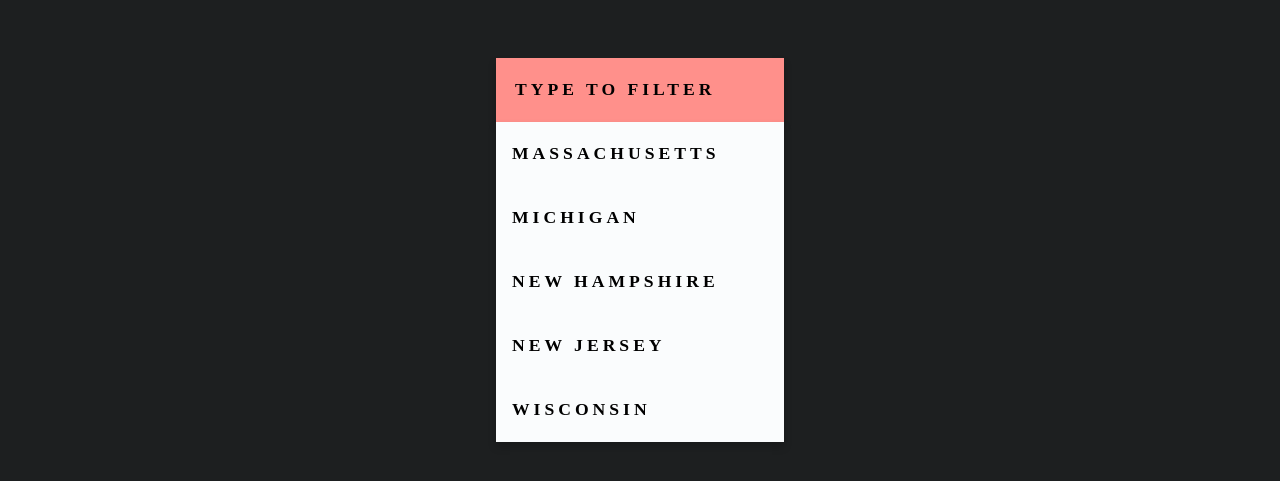
Repository: spihex/stage2-custom-dropdown
Page: index.html
An editor plug-in stored every save of this project. The page is shown before and after the next save, followed by the edit.
The browser window is 1280 px wide. The pictures show the whole page.

Above is the page before, as saved 2021-02-07 23:49:08.

After the next save:
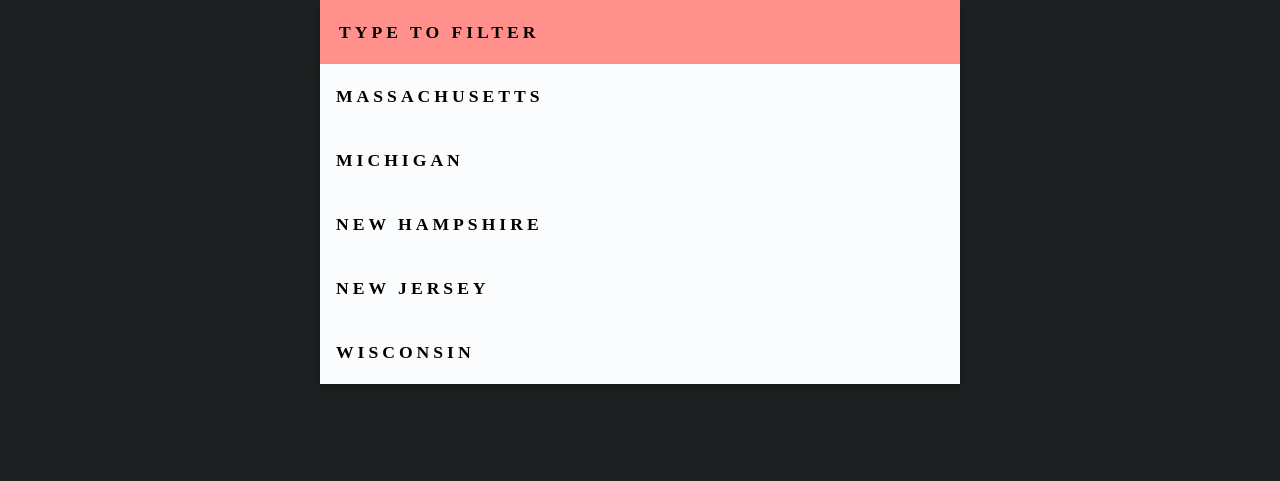
Saved 35 s later.
--- a/css/main.css
+++ b/css/main.css
@@ -37,8 +37,7 @@ h1 span {
 
 form {
     position: relative;
-    width: 18rem;
-    margin-top: 8vh;
+    width: 50%;
 }
 
 .chosen-value, .value-list {
